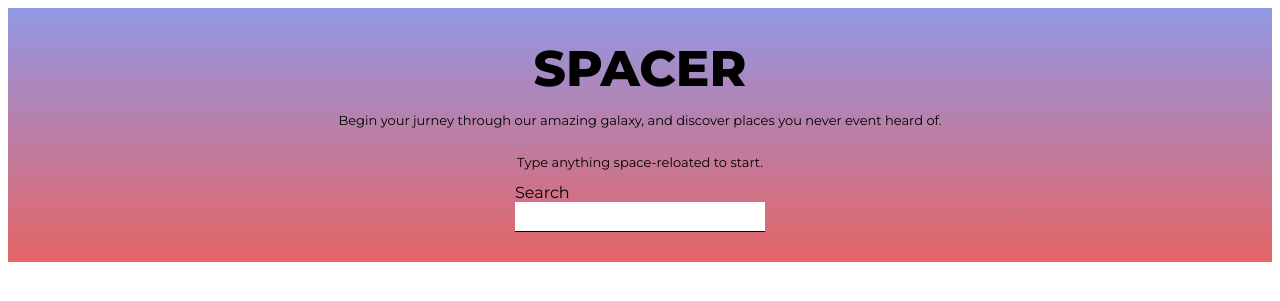
Repository: kamilluc/space-vue
Page: /
These files come from the project's save history. The page is drawn as it stood at one moment and after the next save; the edit follows.
The browser window is 1280 px wide. The pictures show the whole page.
The project was rebuilt for these pictures with package versions that can differ from the ones it lists, and the page was loaded fresh each time. Also part of the build but not shown: src/views/About.vue.

Above is the page before, as saved 2018-08-08 23:21:23.

After the next save:
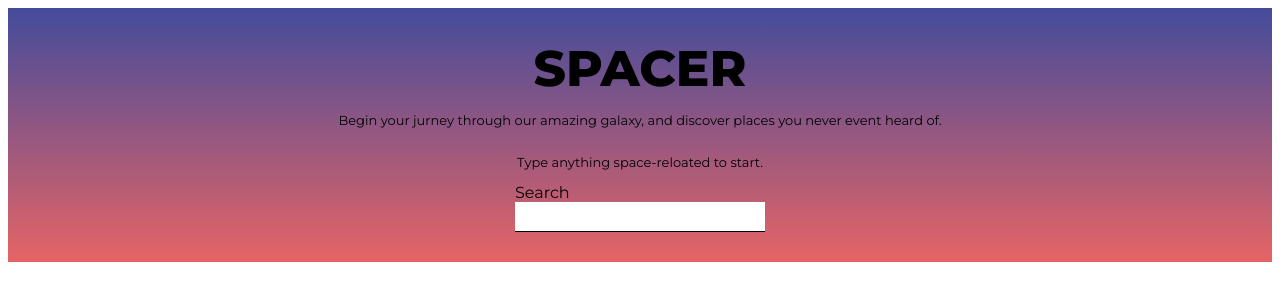
Saved 67 s later.
--- a/src/views/Search.vue
+++ b/src/views/Search.vue
@@ -70,6 +70,6 @@
   margin: 0;
   padding: 30px;
   width: 100%;
-  background: linear-gradient(#9198e5, #e66465);
+  background: linear-gradient(#444b9b, #e66465);
 }
 </style>
